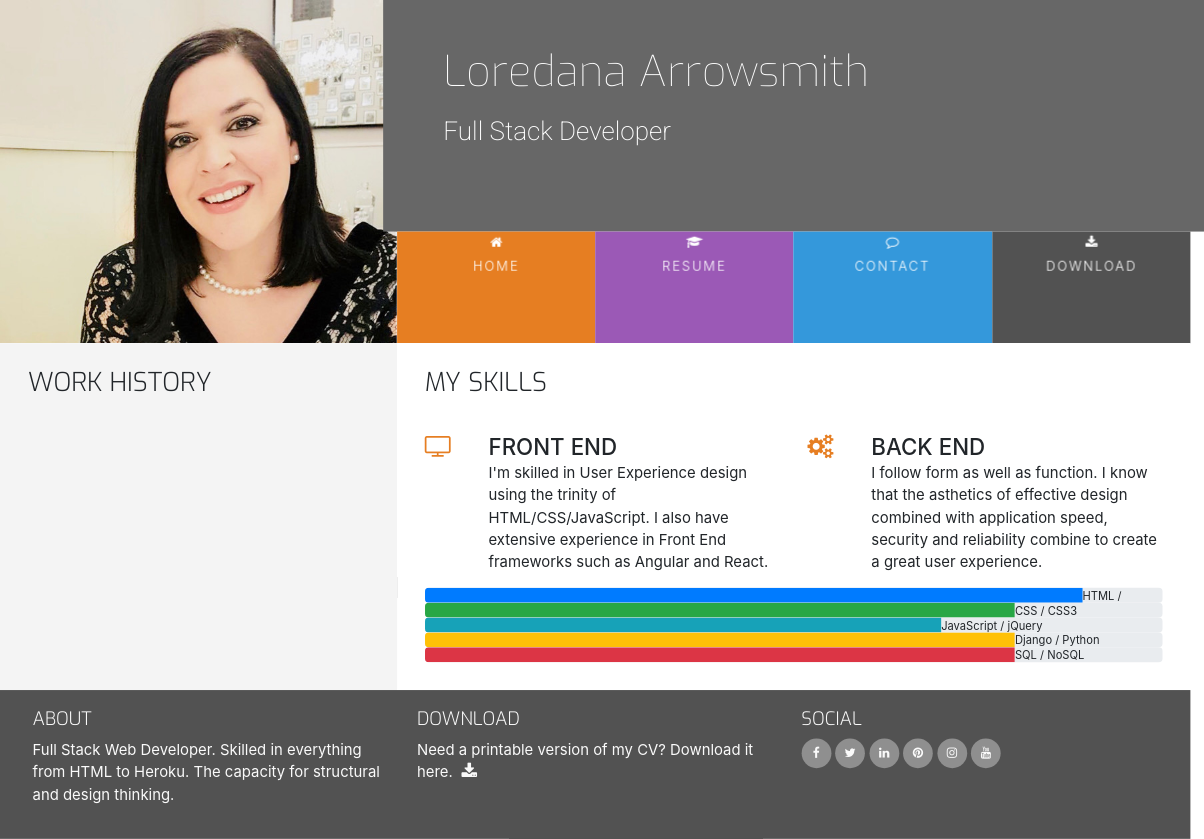
Repository: lolalongo11/Loredana-Resume
Page: resume.html
The author's editor kept a record of every edit. The page is drawn from the files as they stood at one moment, then again after the next edit.
The browser window is 1280 px wide. The page is 1295 px wide, so the pictures cover 1295 px, including what lies to the right of the window. The pictures show the whole page, at 93% of full size.

Above is the page before.

### resume.html
<!DOCTYPE html>
<html lang="en">

<head>
    <meta charset="UTF-8">
    <meta name="viewport" content="width=device-width, initial-scale=1.0">
    <meta http-equiv="X-UA-Compatible" content="ie=edge">
    <link rel="stylesheet" href="https://stackpath.bootstrapcdn.com/bootstrap/4.3.1/css/bootstrap.min.css" type="text/css" />
    <link rel="stylesheet" href="https://stackpath.bootstrapcdn.com/font-awesome/4.7.0/css/font-awesome.min.css" type="text/css" />
    <link rel="stylesheet" href="https://cdnjs.cloudflare.com/ajax/libs/hover.css/2.3.1/css/hover-min.css" type="text/css" />
    <link rel="stylesheet" href="assets/css/style.css" type="text/css" />
    <title>Loredana</title>
</head>

<body>
    <header>
        <div class="row no-gutters">
            <a href="index.html" class="col-md-4 logo">
                </a>

            <div class="col-md-8 no-gutters">
                <div class="row bg-color-name-title">
                    <div class="col heading">
                        <h1 class="name">Loredana Arrowsmith</h1>
                        <h2 class="title">Full Stack Developer</h2>
                    </div>
                </div>
                <div class="col no-gutters">
                    <ul id="nav" class="list-inline menucontainer">
                        <li class="col-6 col-sm-3 ui-menu-color-home list-inline-item menuitem">
                            <a href="#" class="hvr-sweep-to-bottom"><i class="fa fa-home" aria-hidden="true"></i><span>Home</span></a>
                        </li>
                        <li class="col-6 col-sm-3 ui-menu-color-resume list-inline-item menuitem">
                            <a href="#" class="hvr-sweep-to-bottom"><i class="fa fa-graduation-cap" aria-hidden="true"></i><span>Resume</span></a>
                        </li>
                        <li class="col-6 col-sm-3 ui-menu-color-contact list-inline-item menuitem">
                            <a href="#" class="hvr-sweep-to-bottom"><i class="fa fa-comment-o" aria-hidden="true"></i><span>Contact</span></a>
                        </li>
                        <li class="col-6 col-sm-3 ui-menu-color-download list-inline-item menuitem">
                            <a href="#" class="hvr-sweep-to-bottom"><i class="fa fa-download" aria-hidden="true"></i><span>Download</span></a>
                        </li>
                    </ul>
                </div>
            </div>
        </div>

    </header>
    <section class="container-fluid">
        <div class="row">
            <div class="col-md-4 bg-color-personal-info section-column">
                <div class="row">
                    <div class="col-12">
                        <h3 class="section-heading uppercase">
                            Work History
                        </h3>
                    </div>
                </div>
            </div>
            <div class="col-md-8 bg-color-three-reasons section-column">
                <div class="row">
                    <div class="col">
                        <h3 class="section-heading uppercase">My Skills</h3>
                    </div>
                </div>
                <div class="row">
                    <div class="col-10 offset-1 offset-sm-0 col-sm-4 col-md-6">
                        <div class="row">
                            <div class="col-2">
                                <i class="three-reasons-icon fa fa-tv" aria-hidden="true"></i>
                            </div>
                            <div class="col-10">
                                <h4 class="three-reasons-heading uppercase">Front End</h4>
                                <p>
                                    I'm skilled in User Experience design using the trinity of HTML/CSS/JavaScript.
                                    I also have extensive experience in Front End frameworks such as Angular and React.
                                </p>
                            </div>
                        </div>
                    </div>
                    <div class="col-10 offset-1 offset-sm-0 col-sm-4 col-md-6">
                        <div class="row">
                            <div class="col-2">
                                <i class="three-reasons-icon fa fa-gears" aria-hidden="true"></i>
                            </div>
                            <div class="col-10">
                                <h4 class="three-reasons-heading uppercase">Back End</h4>
                                <p>
                                    I follow form as well as function. I know that the asthetics of effective design combined with application speed, security and reliability combine to create a great user experience.
                                </p>
                            </div>
                        </div>
                    </div>
                </div>
                <div class="row progress-section">
                    <div class="col">
                        <div class="progress">
                            <div class="progress-bar" role="progressbar" aria-valuenow="90" aria-valuemin="0" aria-valuemax="100" style="width:90%;">
                                <span class="sr-only">90% complete</span>
                            </div>
                            <span class="progress-type">HTML / HTML5</span>
                        </div>
                        <div class="progress">
                            <div class="progress-bar bg-success" role="progressbar" aria-valuenow="80" aria-valuemin="0" aria-valuemax="100" style="width:80%;">
                                <span class="sr-only">80% complete</span>
                            </div>
                            <span class="progress-type">CSS / CSS3</span>
                        </div>
                        <div class="progress">
                            <div class="progress-bar bg-info" role="progressbar" aria-valuenow="70" aria-valuemin="0" aria-valuemax="100" style="width:70%;">
                                <span class="sr-only">70% complete</span>
                            </div>
                            <span class="progress-type">JavaScript / jQuery</span>
                        </div>
                        <div class="progress">
                            <div class="progress-bar bg-warning" role="progressbar" aria-valuenow="80" aria-valuemin="0" aria-valuemax="100" style="width:80%;">
                                <span class="sr-only">80% complete</span>
                            </div>
                            <span class="progress-type">Django / Python</span>
                        </div>
                        <div class="progress">
                            <div class="progress-bar bg-danger" role="progressbar" aria-valuenow="80" aria-valuemin="0" aria-valuemax="100" style="width:80%;">
                                <span class="sr-only">80% complete</span>
                            </div>
                            <span class="progress-type">SQL / NoSQL</span>
                        </div>
                    </div>
                </div>
            </div>
        </div>
    </section>
    <footer class="container-fluid">
        <div id="footer-details" class="row">
            <div class="col-sm-4">
                <h5 class="uppercase general-sub">About</h5>
                <p class="inline-block">
                    Full Stack Web Developer. Skilled in everything from HTML to Heroku. The capacity for structural and design thinking.
                </p>
            </div>
            <div class="col-sm-4">
                <h5 class="uppercase general-sub">Download</h5>
                <p class="inline-block">
                    Need a printable version of my CV? Download it here.
                    <a href="#" target="_blank" class="cv-pdf">
                        <i class="fa fa-download" aria-hidden="true"></i>
                        <span class="sr-only">Download link.</span>
                    </a>
                </p>
            </div>
            <div class="col-sm-4">
                <h5 class="uppercase general-sub">Social</h5>
                <ul class="list-inline social-links">
                    <li class="list-inline-item">
                        <a target="_blank" href="#">
                            <i class="fa fa-facebook" aria-hidden="true"></i>
                            <span class="sr-only">Facebook</span>
                        </a>
                    </li>
                    <li class="list-inline-item">
                        <a target="_blank" href="#">
                            <i class="fa fa-twitter" aria-hidden="true"></i>
                            <span class="sr-only">Twitter</span>
                        </a>
                    </li>
                    <li class="list-inline-item">
                        <a target="_blank" href="#">
                            <i class="fa fa-linkedin" aria-hidden="true"></i>
                            <span class="sr-only">LinkedIn</span>
                        </a>
                    </li>
                    <li class="list-inline-item">
                        <a target="_blank" href="#">
                            <i class="fa fa-pinterest" aria-hidden="true"></i>
                            <span class="sr-only">pinterest</span>
                        </a>
                    </li>
                    <li class="list-inline-item">
                        <a target="_blank" href="#">
                            <i class="fa fa-instagram" aria-hidden="true"></i>
                            <span class="sr-only">Instagram</span>
                        </a>
                    </li>
                    <li class="list-inline-item">
                        <a target="_blank" href="#">
                            <i class="fa fa-youtube" aria-hidden="true"></i>
                            <span class="sr-only">You Tube</span>
                        </a>

                    </li>

                </ul>
            </div>
        </div>

    </footer>
</body>

</html>

### assets/css/style.css
@import url('https://fonts.googleapis.com/css?family=Roboto:100,200,300,400,500,600,700|Exo:100,200,300,400,500,600,700');

/* ----------------------------------------------------Colours */

.bg-color-name-title {
    background-color: #676767;
}

.bg-color-three-reasons {
    background-color: #fff;

}

.bg-color-personal-info {
    background-color: #f4f4f4;
}

.ui-menu-color-home {
    background-color: #e67e22;
}

.ui-menu-color-resume {
    background-color: #9b59b6;
}

.ui-menu-color-contact {
    background-color: #3498db;
}

.ui-menu-color-download {
    background-color: #525252;
}

/* ----------------------------------------------------Special margins/padding/text */

h1,
h2,
h3,
h4 {
    margin: 0;
}

.uppercase {
    text-transform: uppercase;
}

.general-sub {
    font-family: "Exo", sans-serif;
    font-weight: 300;
    color: #fafafa;
}

.inline-block {
    display: inline-block;
}

.row-table {
    display: table;
}


.section-column {
    display: table-cell;
    padding: 0 30px 30px;
    float: none;
}

.section-heading {
    font-family: "Exo"; sans-serif;
    font-weight: 300;
    margin-top: 25px;
    margin-bottom: 40px;
}



/* ----------------------------------------------------Heading */

.header {
    margin: 0;
}

.heading {
    margin-left: 50px;
}

.logo {
    background: url("../images/loredana.jpg");
    background-position: center;
    background-repeat: no-repeat;
    background-size: cover;
    min-height: 360px;
    transition: all .5s ease-in-out;
    -moz-transition: all .5s ease-in-out;
    -webkit-transition: all .5s ease-in-out;
}

.name {
    font-family: "Exo", sans-serif;
    font-weight: 100;
    font-size: 46px;
    margin-top: 50px;
    color: #fff;
}

.title {
    font-family: "Roboto", sans-serif;
    font-weight: 200;
    font-size: 28px;
    margin-top: 20px;
    margin-bottom: 90px;
    color: #fff;

}

.list-inline-item:not(:last-child) {
    margin: 0;
}

.menucontainer {
    font-size: 0;
}

#nav li {
    font-size: 14px;
    padding: 0;
}

#nav {
    margin: 0px;
}

.menuitem {
    height: 120px;
    text-align: center;
    padding: 0;
}

.menuitem a {
    width: 100%;
    text-decoration: none;
    color: #fff;
    height: 120px;
}

.menu a i {
    padding-top: 22px;
    display: block;
    color: #fafafa;
    font-size: 26px;
}

.menuitem span {
    display: block;
    width: 100%;
    padding-top: 5px;
    text-align: center;
    text-transform: uppercase;
    font-size: 14px;
    font-weight: 300;
    letter-spacing: 2px;
}

/* ----------------------------------------------------Hover.css */

.hvr-sweep-to-bottom:before {
    background: rgba(0, 0, 0, 0.2);
    height: 120px;
}

/* ----------------------------------------------------Footer */

footer {
    background-color: #525252;
    color: #fafafa;
    min-height: 120px;
    margin: 0;
}

.cv-pdf i {
    font-size: 18px;
    color: #fafafa;
    text-align: center;
    padding-left: 5px;
    transition: all 0.35s ease-in-out;
    -moz-transition: all 0.35s ease-in-out;
    -webkit-transition: all 0.35s ease-in-out;
    -o-transition: all 0.35s ease-in-out;
}

.cv-pdf i:hover {
    color: #e84610;
}

.social-links {
    padding-bottom: 15px;
}

.social-links li a i {
    width: 32px;
    height: 32px;
    padding: 12px 0;
    border-radius: 50%;
    font-size: 13px;
    line-height: 7px;
    text-align: center;
    color: #fafafa;
    background-color: #8f8f8f;
    transition: all 0.35s ease-in-out;
    -moz-transition: all 0.35s ease-in-out;
    -webkit-transition: all 0.35s ease-in-out;
    -o-transition: all 0.35s ease-in-out;
}

.social-links li a i:hover {
    background: #e84610;
}

#footer-details{
    padding: 20px;
}

/* ----------------------------------------------------Three reasons */

.three-reasons-icon {
    font-size: 26px;
    color: #e67e22;
}

.three-resons-heading {
    margin-bottom: 15px
}

/* ----------------------------------------------------Personal info */

.personal-info-item {
    margin-bottom: 20px;
    display: block;
    clear: both;
}

.personal-info-item .key,
.personal-info-item .value {
  padding-right: 8px;
  display: inline-block;
}

.personal-info-item .key p,
.personal-info-item .value p {
    margin: 0;
}

.personal-info-item .key {
    width: 30%;
    margin-right: 21px;
    padding-top: 2px;
    vertical-align: top;

}

.personal-info-item .key p{
    font-weight: 700;

}

.personal-info-item .value {
     position:relative;
     width: 60%;
}

/* ----------------------------------------------------Skills */

.progress {

After the next edit:
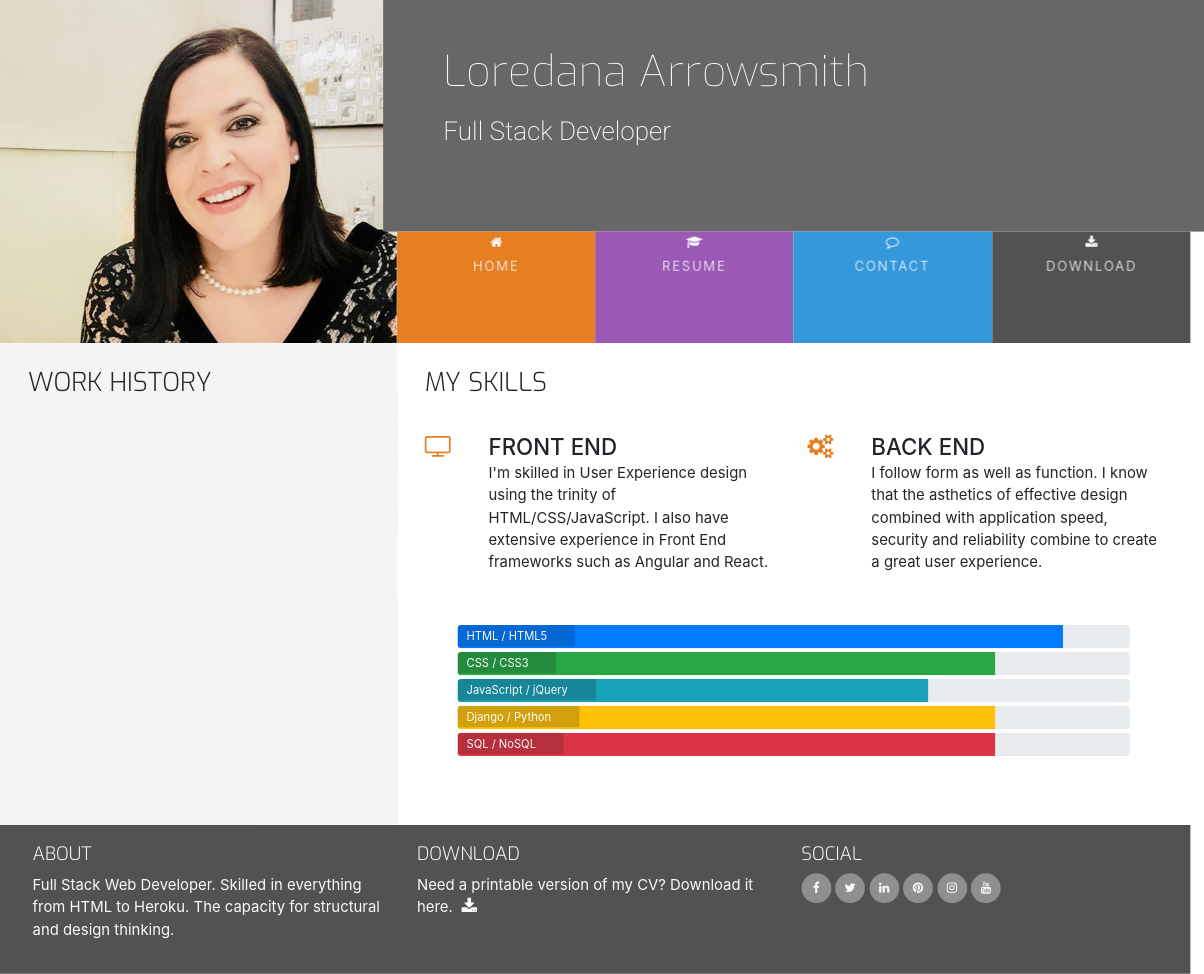
The edit:
--- a/assets/css/style.css
+++ b/assets/css/style.css
@@ -271,3 +271,20 @@ footer {
 /* ----------------------------------------------------Skills */
 
 .progress {
+    position: relative;
+    height: 25px;
+    margin-bottom: 4px;
+}
+
+.progress-type {
+    position: absolute;
+    left: 0px;
+    font-weight: 400;
+    padding: 3px 30px 2px 10px;
+    color: #fafafa;
+    background-color: rgba(25, 25, 25, 0.2);
+}
+
+.progress-section {
+    margin: 40px 20px;
+}
